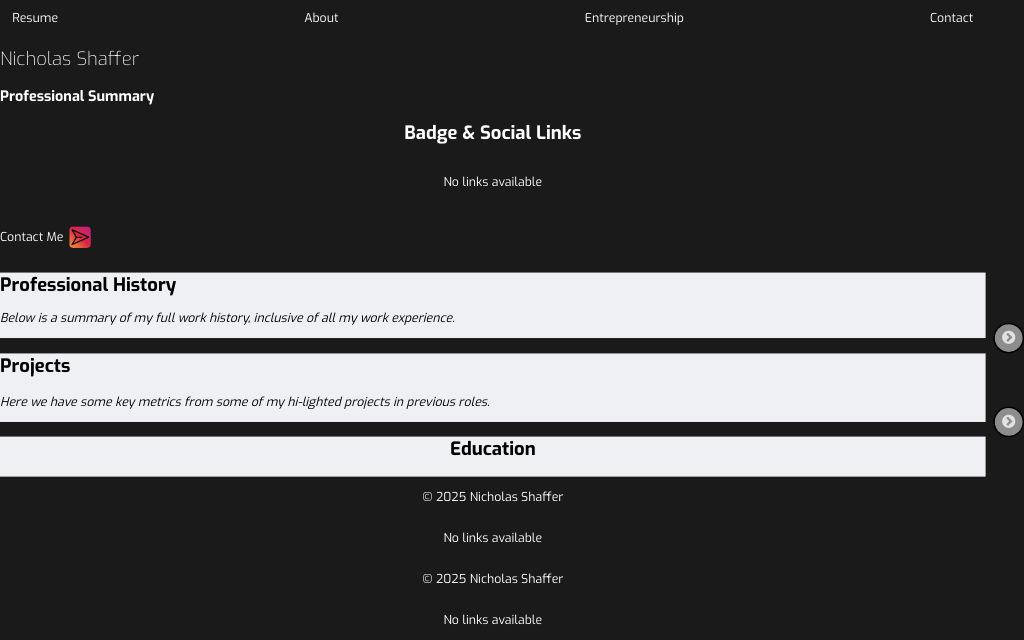
Repository: ShafferNick/nicholas_portfolio
Page: /
These files come from the project's save history. The page is drawn as it stood at one moment and after the next save; the edit follows.
The browser window is 1280 px wide. The page is 1330 px wide, so the pictures cover 1330 px, including what lies to the right of the window. The pictures show the whole page, at 77% of full size.
The page's requests for data from a server got no answer. The project was rebuilt for these pictures with package versions that can differ from the ones it lists, and the page was loaded fresh each time. The framework's server and built-in components were replaced by stand-ins that run in the browser. No one was signed in, and anything a server would have sent is missing. Also part of the build but not shown: next.config.ts, src/app/components/Contact.tsx.

Above is the page before, as saved 2025-03-19 14:14:47.

### src/app/layout.tsx
import './globals.css';
import type { Metadata } from 'next';
import ContactWrapper from './components/ContactWrapper';
import FooterClient from './components/FooterClient';

export const metadata: Metadata = {
  title: 'Create Next App',
  description: 'Generated by create next app',
};

export default function RootLayout({
  children,
}: {
  children: React.ReactNode;
}) {
  return (
    <html lang="en">
      <body>
        <ContactWrapper>
          {children}
          <FooterClient links={[]} />
        </ContactWrapper>
      </body>
    </html>
  );
}

### src/app/page.tsx
import { client } from '@/app/sanityClient';
import Image from 'next/image';
import Hero from './components/Hero';
import Links from './components/Links';
import ProfessionalHistory from './components/ProfessionalHistory';
import Projects from './components/Projects';
import Education from './components/Education';
import ContactMe from './components/ContactMe';
import FooterClient from './components/FooterClient';
import { SanityImageSource } from '@/app/types/sanity-types';

type Job = {
  _id: string;
  title: string;
  dates: { startDate: string; endDate: string | null };
  description: string[];
  location: string;
  companyLogo?: SanityImageSource;
};

type Project = {
  _id: string;
  title: string;
  timeline: { startDate: string; endDate: string | null };
  summary: string;
  description: string[];
};

type Profile = {
  _id: string;
  summary: string;
};

type Link = {
  _id: string;
  title: string;
  url: string;
  icon: string;
};

type EducationEntry = {
  _id: string;
  institution: string;
  major: string;
  gpa: number;
  activities: string[];
  dates: { startDate: string; endDate: string | null };
};

async function getData() {
  try {
    const profile = await client.fetch<Profile[]>(`*[_type == "profile"]`);
    const jobs = await client.fetch<Job[]>(
      `*[_type == "job"] {
        _id,
        title,
        dates,
        description,
        location,
        companyLogo {
          ...,
          asset->
        }
      } | order(dates.startDate desc)`
    );
    const projects = await client.fetch<Project[]>(
      `*[_type == "project"] {
        _id,
        title,
        timeline,
        summary,
        description
      } | order(timeline.startDate desc)`
    );
    const links = await client.fetch<Link[]>(`*[_type == "link"]`);
    const education = await client.fetch<EducationEntry[]>(
      `*[_type == "education"] {
        _id,
        institution,
        major,
        gpa,
        activities,
        dates
      } | order(dates.startDate desc)`
    );
    console.log('Fetched links in getData:', links);
    console.log('Fetched education in getData:', education);
    return { profile: profile[0], jobs, projects, links, education };
  } catch (error) {
    console.error('Error fetching data from Sanity:', error);
    return { profile: { _id: '', summary: '' }, jobs: [], projects: [], links: [], education: [] };
  }
}

export default async function Home() {
  const data = await getData();
  const { profile, jobs, projects, links, education } = data;

  console.log('Links in Home (before rendering):', links);
  console.log('Education in Home (before rendering):', education);

  const safeLinks = Array.isArray(links) ? links : [];

  return (
    <>
      {/* Hero Section */}
      <Hero summary={profile.summary} />

      {/* Badge & Social Links Section */}
      <Links links={safeLinks} />

      {/* Contact Me Section */}
      <ContactMe />

      {/* Professional History Section */}
      <ProfessionalHistory jobs={jobs} />

      {/* Projects Section */}
      <Projects projects={projects} />

      {/* Education Section */}
      <Education education={education} />

      {/* Footer Section */}
      <FooterClient links={safeLinks} />
    </>
  );
}

### src/app/components/ContactWrapper.tsx
'use client';
import React, { useState } from 'react';
import NavbarClient from './NavbarClient';
import ContactMe from './ContactMe';
import Contact from './Contact';

type ContactWrapperProps = {
  children: React.ReactNode;
};

export default function ContactWrapper({ children }: ContactWrapperProps) {
  const [isFormOpen, setIsFormOpen] = useState(false);

  const openForm = () => {
    console.log('Opening form'); // Debug log
    setIsFormOpen(true);
  };

  const closeForm = () => {
    console.log('Closing form'); // Debug log
    setIsFormOpen(false);
  };

  return (
    <>
      <NavbarClient onContactClick={openForm} />
      <ContactMe onContactClick={openForm} />
      {children}
      {isFormOpen && (
        <div className="fixed inset-0 z-50 flex items-center justify-center bg-black bg-opacity-70">
          <div className="relative bg-white p-6 rounded-lg shadow-lg w-full max-w-md mx-4">
            <Contact onClose={closeForm} />
          </div>
        </div>
      )}
    </>
  );
}

### src/app/components/FooterClient.tsx
'use client';
import Links from './Links';

type Link = {
  _id: string;
  title: string;
  url: string;
  icon: string;
};

type FooterClientProps = {
  links?: Link[];
};

export default function FooterClient({ links = [] }: FooterClientProps) {
  console.log('Links in FooterClient:', links); // Debug log
  return (
    <footer className="bg-gray-800 text-white py-6 text-center w-full">
      <div className="flex flex-col items-center gap-4">
        <p>© 2025 Nicholas Shaffer</p>
        <Links links={links} isFooter={true} />
      </div>
    </footer>
  );
}

### src/app/sanityClient.ts
import { createClient } from '@sanity/client';

console.log('Project ID:', process.env.NEXT_PUBLIC_SANITY_PROJECT_ID);
console.log('Dataset:', process.env.NEXT_PUBLIC_SANITY_DATASET);

if (!process.env.NEXT_PUBLIC_SANITY_PROJECT_ID) {
  throw new Error('NEXT_PUBLIC_SANITY_PROJECT_ID is not set. Check .env.local or Vercel env variables.');
}

export const client = createClient({
  projectId: process.env.NEXT_PUBLIC_SANITY_PROJECT_ID,
  dataset: process.env.NEXT_PUBLIC_SANITY_DATASET || 'production',
  apiVersion: '2023-05-03', // Fixed to a valid version
  useCdn: true,
});

### src/app/components/Hero.tsx
import React from 'react';

type HeroProps = {
  summary: string;
};

export default function Hero({ summary }: HeroProps) {
    return (
        <section className="hero-custom-black py-20 md:py-28 text-left animate-slide-in">
            <div className="max-w-4xl mx-auto px-8 md:px-12">
                <h1 className="text-5xl md:text-6xl font-extralight mb-6" style={{ fontWeight: 200 }}>
                    Nicholas Shaffer
                </h1>
                <div className="max-w-2xl mb-8">
                    <h3 className="text-lg md:text-xl font-bold mb-4" style={{ fontWeight: 700 }}>
                        Professional Summary
                    </h3>
                    <p className="text-base md:text-lg leading-relaxed font-extralight" style={{ fontWeight: 200 }}>
                        {summary}
                    </p>
                </div>
            </div>
        </section>
    );
}

### src/app/components/ProfessionalHistory.tsx
'use client';
import React from 'react';
import Slider from 'react-slick';
import Image from 'next/image';
import { urlFor } from '@/app/sanityImageUrl'; // Updated to match subdirectory
import { SanityImageSource } from '@/app/types/sanity-types';

type Job = {
  _id: string;
  title: string;
  dates: { startDate: string; endDate: string | null };
  description: string[];
  location: string;
  companyLogo?: SanityImageSource;
};

type ProfessionalHistoryProps = {
  jobs: Job[];
};

export default function ProfessionalHistory({ jobs }: ProfessionalHistoryProps) {
  const settings = {
    dots: true,
    infinite: true,
    speed: 500,
    slidesToShow: 1,
    slidesToScroll: 1,
    arrows: true,
    responsive: [
      {
        breakpoint: 768,
        settings: {
          slidesToShow: 1,
          slidesToScroll: 1,
          arrows: false,
        },
      },
    ],
  };



  return (
    <section className="professional-history-section py-16 bg-[#EFF0F3] animate-slide-in w-full professional-history-spacing">
      <div className="max-w-4xl mx-auto">
        <h2 className="text-5xl md:text-6xl font-bold text-left pt-8 md:pt-12">Professional History</h2>
        <p className="text-sm italic">Below is a summary of my full work history, inclusive of all my work experience.</p>
        <Slider {...settings}>
          {jobs.map((job) => (
            <div key={job._id} className="px-2">
              <div className="bg-white shadow-lg rounded-lg p-6 flex flex-col min-h-[500px] transition-transform duration-300 hover:shadow-xl">
                <div className="flex-1">
                  <h3 className="text-xl md:text-2xl font-bold mb-2">{job.title}</h3>
                  <p className="mb-2 text-sm italic">
                    {job.dates.startDate} - {job.dates.endDate || 'Present'} | {job.location}
                  </p>
                  <ul className="list-disc list-inside text-sm space-y-2 mb-4">
                    {job.description.map((bullet, index) => (
                      <li key={index}>{bullet}</li>
                    ))}
                  </ul>
                  <div className="flex justify-center mt-auto">
                    {job.companyLogo ? (
                      <Image
                        src={urlFor(job.companyLogo).fit('max').width(200).url()}
                        alt={`${job.title} company logo`}
                        width={200}
                        height={200}
                        unoptimized={true}
                        className="object-contain"
                        style={{ maxHeight: '120px' }}
                      />
                    ) : (
                      <div className="h-32 w-32 bg-gray-300 rounded-lg"></div>
                    )}
                  </div>
                </div>
              </div>
            </div>
          ))}
        </Slider>
      </div>
    </section>
  );
}

### src/app/components/Projects.tsx
'use client';
import React from 'react';
import Slider from 'react-slick';
import Image from 'next/image';
import { urlFor } from '@/app/sanityImageUrl';
import { SanityImageSource } from '@/app/types/sanity-types';

type Project = {
  _id: string;
  title: string;
  timeline: { startDate: string; endDate: string | null };
  summary: string;
  description: string[];
};

type ProjectsProps = {
  projects: Project[];
};

export default function Projects({ projects }: ProjectsProps) {
  const settings = {
    dots: true,
    infinite: true,
    speed: 500,
    slidesToShow: 1,
    slidesToScroll: 1,
    arrows: true,
    responsive: [
      {
        breakpoint: 768,
        settings: {
          slidesToShow: 1,
          slidesToScroll: 1,
          arrows: false,
        },
      },
    ],
  };

  return (
    <section className="projects-section py-16 bg-[#EFF0F3] text-black animate-slide-in w-full">
      <div className="max-w-4xl mx-auto">
              <h2 className="text-5xl md:text-6xl font-bold text-left pt-8 md:pt-12">Projects</h2>
              <p className="text-sm italic">Here we have some key metrics from some of my hi-lighted projects in previous roles.</p>
        <Slider {...settings}>
          {projects.map((project) => (
            <div key={project._id} className="px-2">
              <div className="bg-gray-200 shadow-lg rounded-lg p-6 flex flex-col min-h-[400px] transition-transform duration-300 hover:shadow-xl">
                <div className="flex-1">
                  <h3 className="text-xl md:text-2xl font-medium mb-2">{project.title}</h3>
                  <p className="mb-2 text-sm italic">
                    {project.timeline.startDate} - {project.timeline.endDate || 'Present'}
                  </p>
                  <p className="text-gray-600 mb-4">{project.summary}</p>
                  <ul className="list-disc list-inside text-sm space-y-2 mb-6">
                    {project.description.map((desc, index) => (
                      <li key={index} className="leading-relaxed">
                        {desc}
                      </li>
                    ))}
                  </ul>
                </div>
                <div className="flex justify-center mt-auto">
                  {/* Placeholder for project image - you can add an image field to the schema if desired */}
                  <div className="w-32 h-32 bg-gray-300 rounded-lg"></div>
                </div>
              </div>
            </div>
          ))}
        </Slider>
      </div>
    </section>
  );
}

### src/app/components/Education.tsx
'use client';
import React from 'react';

type EducationEntry = {
  _id: string;
  institution: string;
  major: string;
  gpa: number;
  activities: string[];
  dates: { startDate: string; endDate: string | null };
};

type EducationProps = {
  education: EducationEntry[];
};

export default function Education({ education }: EducationProps) {
  return (
    <section className="education-section py-16 bg-[#EFF0F3] text-black animate-slide-in w-full">
      <div className="max-w-4xl mx-auto">
        <h2 className="text-3xl md:text-4xl font-bold mb-12 text-center">Education</h2>
        <div className="bg-white shadow-lg rounded-lg p-6">
          <div className="grid grid-cols-1 md:grid-cols-2 gap-8">
            {education.map((entry) => (
              <div key={entry._id} className="flex flex-col">
                <h3 className="text-xl md:text-2xl font-bold mb-2">{entry.institution}</h3>
                <p className="mb-2 text-sm italic">
                  {entry.major} | {entry.dates.startDate} - {entry.dates.endDate || 'Present'}
                </p>
                <p className="text-sm mb-2">GPA: {entry.gpa}</p>
                <ul className="list-disc list-inside text-sm space-y-2">
                  {entry.activities.map((activity, index) => (
                    <li key={index} className="leading-relaxed">
                      {activity}
                    </li>
                  ))}
                </ul>
              </div>
            ))}
          </div>
        </div>
      </div>
    </section>
  );
}

### src/app/components/ContactMe.tsx
'use client';
import React from 'react';
import Image from 'next/image';

type ContactMeProps = {
  onContactClick: () => void;
};

export default function ContactMe({ onContactClick }: ContactMeProps) {
  return (
    <section className="contact-section">
      <div className="max-w-4xl mx-auto">
        <div className="contact-me cursor-pointer" onClick={onContactClick}>
          <span>Contact Me</span>
          <Image
            src="/paper-plane-svgrepo-com.svg"
            alt="Contact Icon"
            width={24}
            height={24}
            className="contact-icon"
          />
        </div>
      </div>
    </section>
  );
}

### src/app/components/NavbarClient.tsx
'use client';
import React, { useState } from 'react';
import Link from 'next/link';
import { usePathname } from 'next/navigation';

type NavbarClientProps = {
  onContactClick: () => void;
};

export default function NavbarClient({ onContactClick }: NavbarClientProps) {
  const [isMobileMenuOpen, setIsMobileMenuOpen] = useState(false);
  const pathname = usePathname();

  const navLinks = [
    { name: 'Resume', href: '/' },
    { name: 'About', href: '/about' },
    { name: 'Entrepreneurship', href: '/entrepreneurship' },
    { name: 'Contact', href: '#', onClick: onContactClick },
  ];

  const toggleMobileMenu = () => {
    setIsMobileMenuOpen(!isMobileMenuOpen);
  };

  return (
    <nav className="bg-[#1A1A1A] text-white p-4 fixed w-full top-0 z-50">
      <div className="max-w-4xl mx-auto flex justify-between items-center">
        {/* Removed the name from the navbar */}
        <div className="desktop-menu hidden md:flex space-x-4">
          {navLinks.map((link) => (
            <Link
              key={link.name}
              href={link.href}
              className={`nav-link ${pathname === link.href ? 'active-link' : ''}`}
              onClick={(e) => {
                if (link.onClick) {
                  e.preventDefault();
                  link.onClick();
                }
              }}
            >
              {link.name}
            </Link>
          ))}
        </div>

        {/* Mobile Menu Toggle */}
        <div className="mobile-menu-toggle md:hidden">
          <button onClick={toggleMobileMenu} aria-label="Toggle mobile menu">
            <span className="block w-6 h-0.5 bg-white mb-1.5"></span>
            <span className="block w-6 h-0.5 bg-white mb-1.5"></span>
            <span className="block w-6 h-0.5 bg-white"></span>
          </button>
        </div>

        {/* Mobile Menu */}
        <div
          className={`mobile-menu md:hidden fixed top-0 right-0 w-3/4 h-full bg-gray-900 p-4 transform transition-transform duration-300 ${
            isMobileMenuOpen ? 'translate-x-0' : 'translate-x-full'
          }`}
        >
          <button
            onClick={toggleMobileMenu}
            className="close-button text-white text-2xl"
            aria-label="Close mobile menu"
          >
            ×
          </button>
          <div className="flex flex-col space-y-4 mt-12">
            {navLinks.map((link) => (
              <Link
                key={link.name}
                href={link.href}
                className={`text-white text-lg ${pathname === link.href ? 'active-link' : ''}`}
                onClick={(e) => {
                  if (link.onClick) {
                    e.preventDefault();
                    link.onClick();
                    toggleMobileMenu();
                  } else {
                    toggleMobileMenu();
                  }
                }}
              >
                {link.name}
              </Link>
            ))}
          </div>
        </div>
      </div>
    </nav>
  );
}

### src/app/sanityImageUrl.ts
import imageUrlBuilder from '@sanity/image-url';
import { client } from '@/app/sanityClient';
import { SanityImageSource } from '@/app/types/sanity-types'; // Should resolve to src/types/sanity-types.ts

const builder = imageUrlBuilder(client);

export function urlFor(source: SanityImageSource) {
  return builder.image(source);
}

Loaded but not shown: src/app/globals.css (529 lines, source omitted); src/app/components/Links.tsx (128 lines, source omitted)

After the next save:
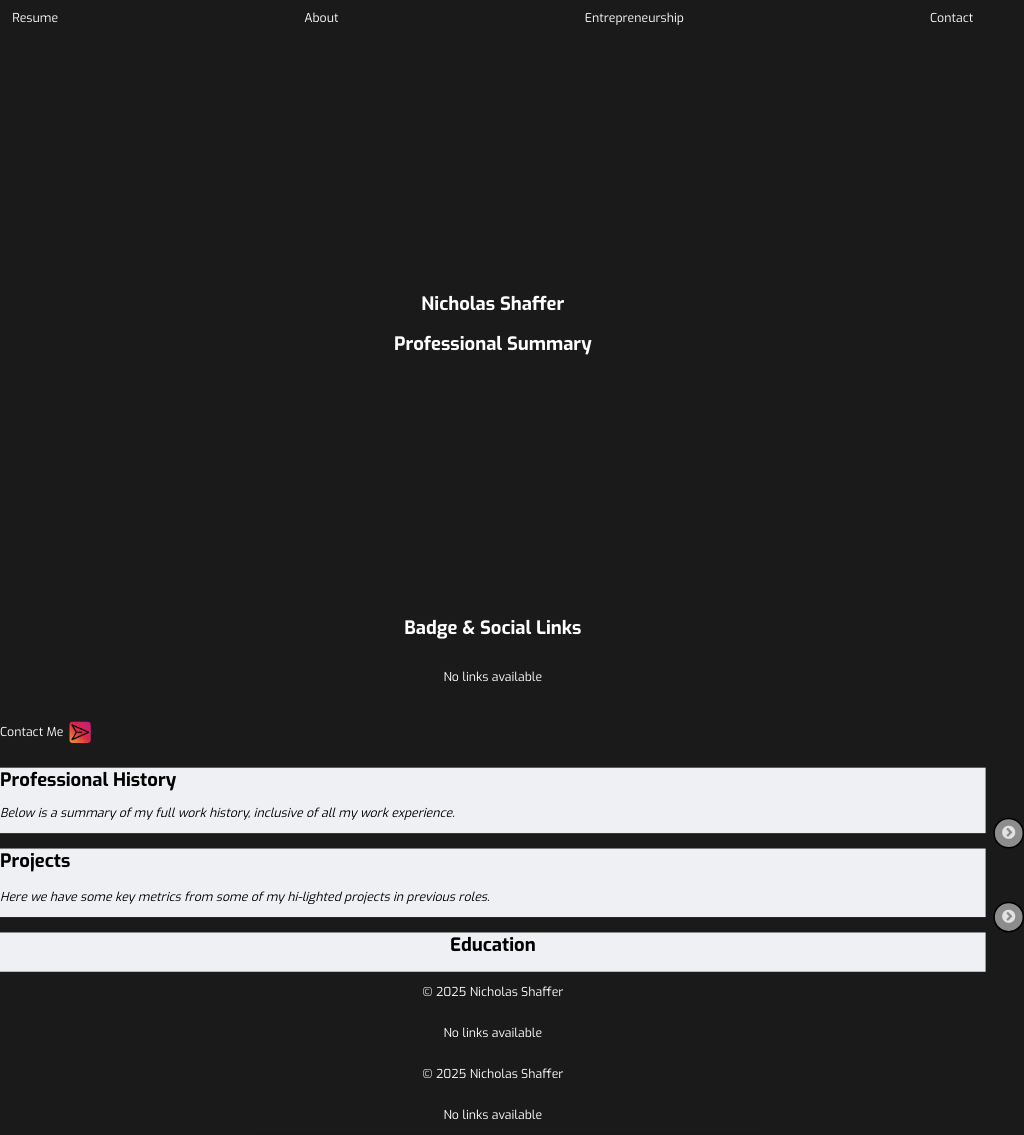
Saved 33 s later.
--- a/src/app/components/Hero.tsx
+++ b/src/app/components/Hero.tsx
@@ -1,3 +1,4 @@
+'use client';
 import React from 'react';
 
 type HeroProps = {
@@ -5,21 +6,13 @@
 };
 
 export default function Hero({ summary }: HeroProps) {
-    return (
-        <section className="hero-custom-black py-20 md:py-28 text-left animate-slide-in">
-            <div className="max-w-4xl mx-auto px-8 md:px-12">
-                <h1 className="text-5xl md:text-6xl font-extralight mb-6" style={{ fontWeight: 200 }}>
-                    Nicholas Shaffer
-                </h1>
-                <div className="max-w-2xl mb-8">
-                    <h3 className="text-lg md:text-xl font-bold mb-4" style={{ fontWeight: 700 }}>
-                        Professional Summary
-                    </h3>
-                    <p className="text-base md:text-lg leading-relaxed font-extralight" style={{ fontWeight: 200 }}>
-                        {summary}
-                    </p>
-                </div>
-            </div>
-        </section>
-    );
+  return (
+    <section className="hero-custom-black min-h-screen flex items-center justify-center relative">
+      <div className="max-w-4xl mx-auto text-center">
+        <h1 className="text-5xl md:text-6xl font-bold mb-4">Nicholas Shaffer</h1>
+        <h2 className="text-2xl md:text-3xl mb-6">Professional Summary</h2>
+        <p className="text-lg md:text-xl mb-8">{summary}</p>
+      </div>
+    </section>
+  );
 }

After the save that followed:
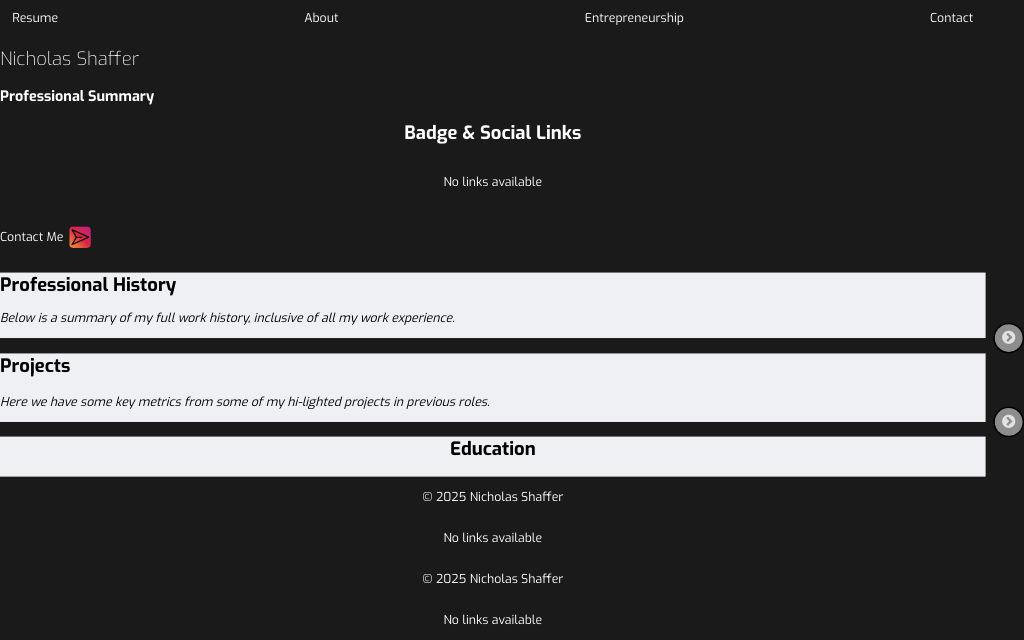
Saved 8 s later.
--- a/src/app/components/Hero.tsx
+++ b/src/app/components/Hero.tsx
@@ -1,4 +1,3 @@
-'use client';
 import React from 'react';
 
 type HeroProps = {
@@ -6,13 +5,21 @@
 };
 
 export default function Hero({ summary }: HeroProps) {
-  return (
-    <section className="hero-custom-black min-h-screen flex items-center justify-center relative">
-      <div className="max-w-4xl mx-auto text-center">
-        <h1 className="text-5xl md:text-6xl font-bold mb-4">Nicholas Shaffer</h1>
-        <h2 className="text-2xl md:text-3xl mb-6">Professional Summary</h2>
-        <p className="text-lg md:text-xl mb-8">{summary}</p>
-      </div>
-    </section>
-  );
+    return (
+        <section className="hero-custom-black py-20 md:py-28 text-left animate-slide-in">
+            <div className="max-w-4xl mx-auto px-8 md:px-12">
+                <h1 className="text-5xl md:text-6xl font-extralight mb-6" style={{ fontWeight: 200 }}>
+                    Nicholas Shaffer
+                </h1>
+                <div className="max-w-2xl mb-8">
+                    <h3 className="text-lg md:text-xl font-bold mb-4" style={{ fontWeight: 700 }}>
+                        Professional Summary
+                    </h3>
+                    <p className="text-base md:text-lg leading-relaxed font-extralight" style={{ fontWeight: 200 }}>
+                        {summary}
+                    </p>
+                </div>
+            </div>
+        </section>
+    );
 }
